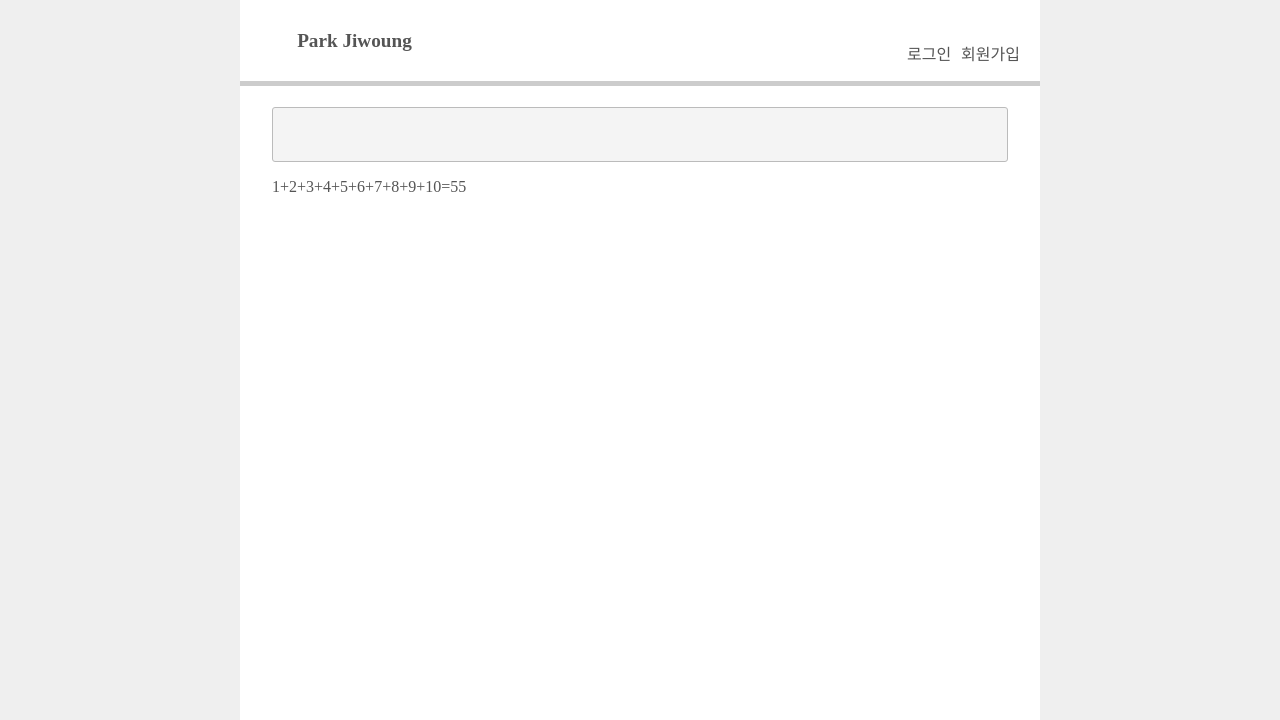
Repository: park-jiwoong/webClass
Page: http://localhost/jspPro/days01/ex03.jsp
An editor plug-in stored every save of this project. The page is shown before and after the next save, followed by the edit.
The browser window is 1280 px wide. The pictures show the whole page.
Some web fonts or font styles are not loaded; a fallback is used. The page is served by Tomcat 9.

Above is the page before, as saved 2025-05-21 05:23:13.

After the next save:
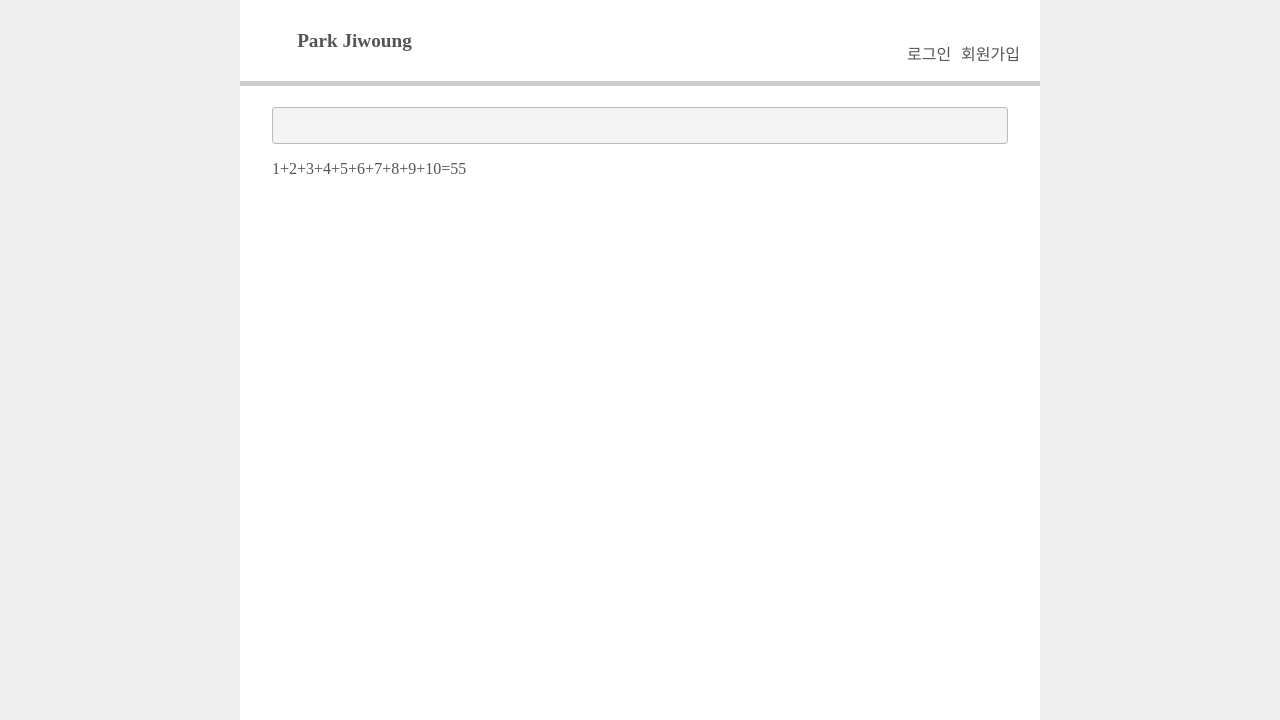
Saved 5 s later.
--- a/JSPClass/jspPro/src/main/webapp/days01/ex03.jsp
+++ b/JSPClass/jspPro/src/main/webapp/days01/ex03.jsp
@@ -4,41 +4,45 @@
 <head>
 <meta charset="UTF-8">
 <meta name="viewport" content="width=device-width, initial-scale=1.0">
-<link rel="shortcut icon" type="image/x-icon" href="http://localhost/jspPro/images/SiSt.ico">
+<link rel="shortcut icon" type="image/x-icon"
+	href="http://localhost/jspPro/images/SiSt.ico">
 <title>2025. 5. 21. 오전 10:31:44</title>
-<script src="https://ajax.googleapis.com/ajax/libs/jquery/3.7.1/jquery.min.js"></script>
-<link rel="stylesheet" href="http://localhost/jspPro/resources/cdn-main/example.css">
+<script
+	src="https://ajax.googleapis.com/ajax/libs/jquery/3.7.1/jquery.min.js"></script>
+<link rel="stylesheet"
+	href="http://localhost/jspPro/resources/cdn-main/example.css">
 <script src="http://localhost/jspPro/resources/cdn-main/example.js"></script>
-	<style>
- 	span.material-symbols-outlined{
-    vertical-align: text-bottom;
- 	}
-	</style>
+<style>
+span.material-symbols-outlined {
+	vertical-align: text-bottom;
+}
+</style>
 </head>
 <body>
-<header>
-    <h1 class="main"><a href="#" style="position: absolute;top:30px;">Park Jiwoung</a></h1>
-    <ul>
-        <li><a href="#">로그인</a></li>
-        <li><a href="#">회원가입</a></li>
-    </ul>
-</header>
-<div>
-    <xmp class="code">
-    </xmp>
+	<header>
+		<h1 class="main">
+			<a href="#" style="position: absolute; top: 30px;">Park Jiwoung</a>
+		</h1>
+		<ul>
+			<li><a href="#">로그인</a></li>
+			<li><a href="#">회원가입</a></li>
+		</ul>
+	</header>
+	<div>
+		<xmp class="code"> </xmp>
 
-    <!-- <p id="demo">1+2+3+4+5+6+7+8+9+10=55</p> -->
-    <p id="demo">
-    <%
+		<!-- <p id="demo">1+2+3+4+5+6+7+8+9+10=55</p> -->
+		<p id="demo">
+			<%
     	// 스크립트릿: JAVA 코딩을 하면 됨
     	int sum = 0;
     for(int i = 0; i<= 10; i++){
 
     }// for
     %>
-    </p>
+		</p>
 
-</div>
+	</div>
 
 	<script>
 		const arr = [];
